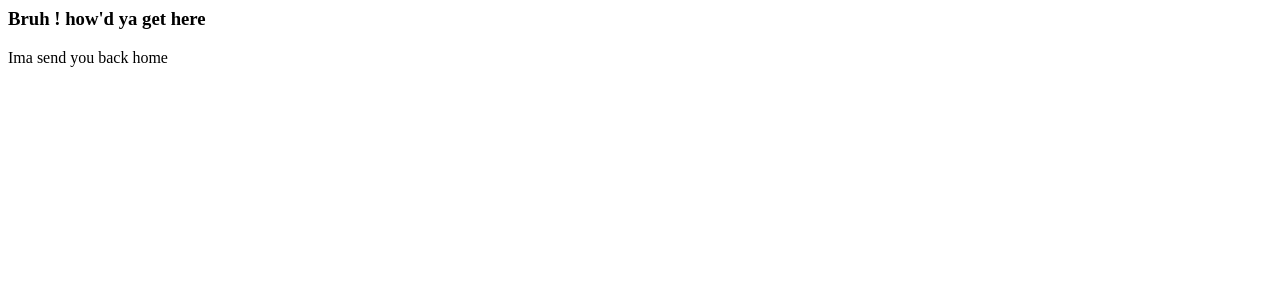
Repository: 0101chaitanya/basic-node-server
Page: routes/404.html
An editor plug-in stored every save of this project. The page is shown before and after the next save, followed by the edit.
The browser window is 1280 px wide. The pictures show the whole page.

Above is the page before, as saved 2021-08-25 15:50:48.

### routes/404.html
<html lang="en">

<head>
    <meta charset="UTF-8">
    <meta http-equiv="X-UA-Compatible" content="IE=edge">
    <meta name="viewport" content="width=device-width, initial-scale=<1.0>">
    <title>You just got 404'd</title>
</head>

<body>
    <h3>Bruh ! how'd ya get here</h3>
    <p>Ima send you back home</p>


</body>

</html>

After the next save:
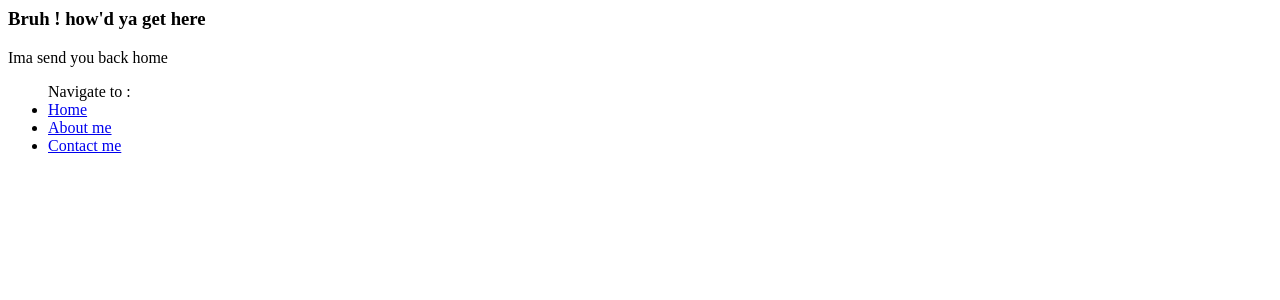
Saved 52 s later.
--- a/routes/404.html
+++ b/routes/404.html
@@ -11,6 +11,19 @@
     <h3>Bruh ! how'd ya get here</h3>
     <p>Ima send you back home</p>
 
+    <ul> Navigate to :
+
+        <li>
+            <a href="index.html">Home</a>
+        </li>
+        <li>
+            <a href="about.html">About me</a>
+        </li>
+        <li>
+            <a href="contact-me.html">Contact me</a>
+        </li>
+
+    </ul>
 
 </body>
 
